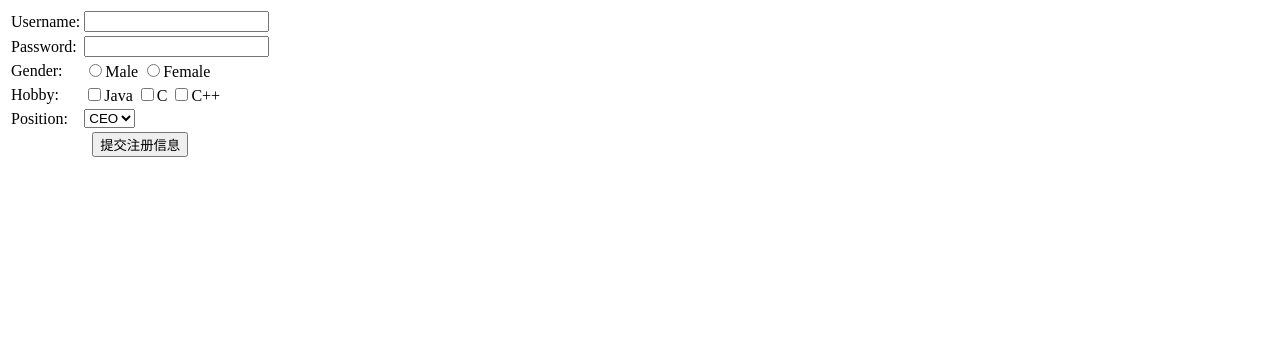
Repository: student084/java-ee-Web
Page: ServletForm/WebRoot/Register.html
These files come from the project's save history. The page is drawn as it stood at one moment and after the next save; the edit follows.
The browser window is 1280 px wide. The pictures show the whole page.

Above is the page before, as saved 2017-02-10 01:26:47.

After the next save:
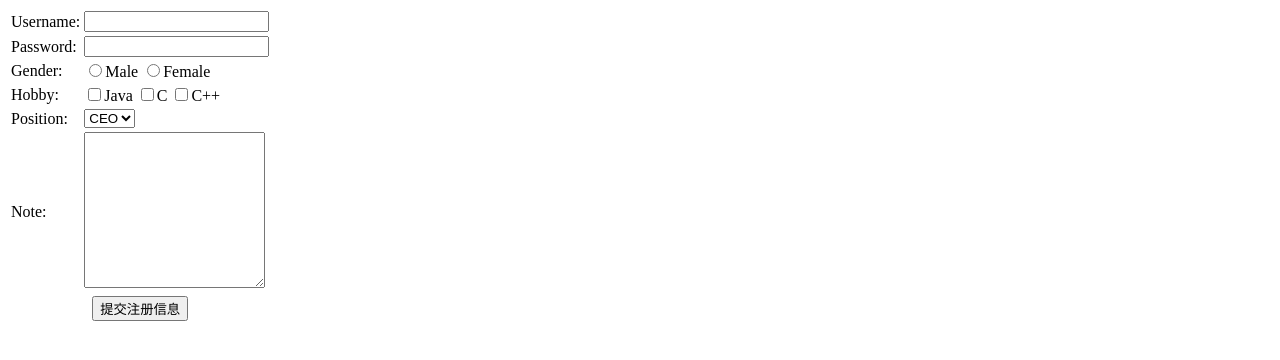
Saved 3 min 58 s later.
--- a/ServletForm/WebRoot/Register.html
+++ b/ServletForm/WebRoot/Register.html
@@ -37,7 +37,7 @@
             <input type="checkbox" name="hobby" value="3">C++
           </td>
         </tr>
-         <tr>
+        <tr>
           <td>Position:</td>
           <td>
           <select name="position">
@@ -48,6 +48,10 @@
           </td>
         </tr>
         <tr>
+          <td>Note:</td>
+          <td><textarea rows="10" cols="20" name="note"></textarea></td>
+        </tr>
+        <tr>
           <td colspan="2" align="center"><input type="submit" value="提交注册信息"></td>
         </tr>
       </table>
